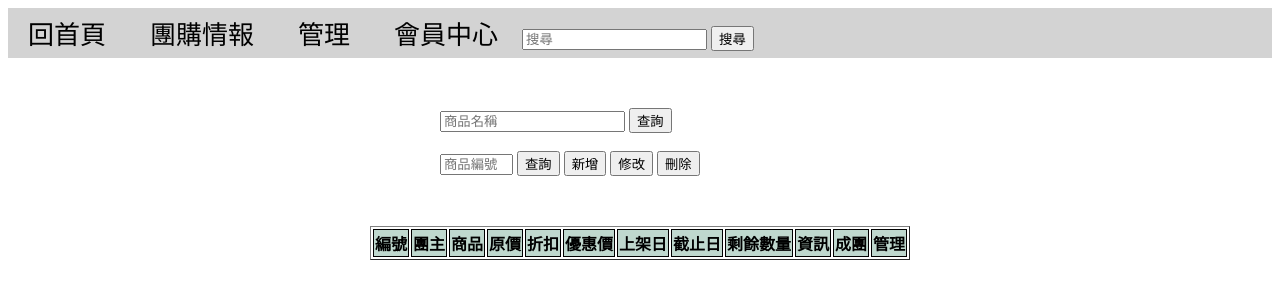
Repository: irlmpbfhvf2009/2021-09-17-Pro2-MVC
Page: http://localhost/Groupon/Manage.jsp
An editor plug-in stored every save of this project. The page is shown before and after the next save, followed by the edit.
The browser window is 1280 px wide. The pictures show the whole page.
The page is served by Tomcat 9. Other server files are loaded and not shown. Queries for data that is not in the repository find no rows.

Above is the page before, as saved 2021-09-15 13:02:05.

### Groupon/src/main/webapp/Manage.jsp
<%@ page language="java" contentType="text/html; charset=UTF-8"
    pageEncoding="UTF-8"%>
    <%@ taglib uri="http://java.sun.com/jsp/jstl/sql" prefix="sql" %>
<%@ taglib uri="http://java.sun.com/jsp/jstl/core" prefix="c" %>
<sql:setDataSource var="ds" dataSource="jdbc/Pro2DB" />
<sql:query sql="select * from GrouponProduct" var="rs" dataSource="${ds}" />
<!DOCTYPE html>
<html>
<head>
<meta charset="UTF-8">
<title>管理</title>
<link rel="stylesheet" href="style.css">
</head>
<body>
    <nav>
        <a href="Home.jsp">回首頁</a>
        <a href="Intelligence.jsp">團購情報</a>
        <a href="Manage.jsp">管理</a>
        <a href="">會員中心</a>
        <form action="./ProServlet" method="post" style="display:inline;">
        <input type="text" placeholder="搜尋" name="seach">
        <input type="submit" placeholder="搜尋" name="seachbtn" value="搜尋"></form>
    </nav>
    <div style="width:400px;margin:0 auto;margin-top:50px">
    	<form action="./ProServlet" method="post">
    	<input type="text" placeholder="商品名稱" name="productname">
    	<input type="submit" value="查詢" name="queryname"><br><br>
    	<input type="text" placeholder="商品編號" size="6" name="productid">
    	<input type="submit" value="查詢" name="query">
    	<a href="Manage-add.jsp"><input type="button" value="新增"></a>
    	<input type="submit" value="修改" name="updata">
    	<input type="submit" value="刪除" name="delete">
    	</form>
    </div>
    <table border="1">
    	<th>編號</th>
        <th>團主</th>
        <th>商品</th>
        <th>原價</th>
        <th>折扣</th>
        <th>優惠價</th>
        <th>上架日</th>
        <th>截止日</th>
        <th>剩餘數量</th>
        <th>資訊</th>
        <th>成團</th>
        <th>管理</th>
    <c:forEach var="row" items="${rs.rows}">
        <tr>
    <td>${row.id}</td>
    <td>${row.leader}</td>
    <td>${row.productName}</td>
    <td>${row.price}</td>
    <td>${row.discount}</td>
    <td>${row.newprice}</td>
    <td>${row.date}</td>
    <td>${row.deadline}</td>
    <td>${row.quantity}</td>
    <td><a href="">商品</a></td>
    <td>${row.state}</td>
    <td><a href="Manage-delete.jsp?id=${row.id}"><Button class="sgbtn">刪除</Button></a></td>
    </tr>
    </c:forEach>
    </table>
</body>

</html>

### Groupon/src/main/webapp/style.css
@charset "UTF-8";
.sgbtn {
	background-color: #4CAF50;
	border: 1px solid green;
	border-radius: 5px;
	color: white;
	text-align: center;
	display: inline-block;
	font-size: 14px;
	cursor: pointer;
	}
nav{
	background-color:lightgray;
	height:50px;
	margin:0 auto;
	padding:0 auto;
	}
nav a {color: black;
	text-decoration: none;
	display: inline-block;
	padding: 6px 20px;
	font-size: 26px;
	background-color: lightgray;
	transition: 0.5s;
	}
nav a:hover {
	background-color: gray;
	}
.divform {
	margin:0 auto;margin-top: 50px;
	padding:30px;
	border: 3px solid rgb(111, 108, 108);
    border-radius: 10px;
    border-collapse: collapse;
	width: 400px;
	}
.divlist {
	margin-left:100px;
	margin-top: 10px;
	padding: 50px;
	width: 800px;
	height: 100px;
	font-size:20px;
}

.newpriceShow{
	font-size:22px;color:red;
	}
.priceShow{
	color:red;
	font-size:20px;
	text-decoration:line-through;
	}
.bor{
	width:600px
	}
.spanText {
	font-size: 3px;
	color: silver;
}

table {
	margin: auto;
	margin-top: 50px;
}

th, td {
	border: 1px solid;
	background-color: rgb(191, 216, 206);
	text-align: center;
}

After the next save:
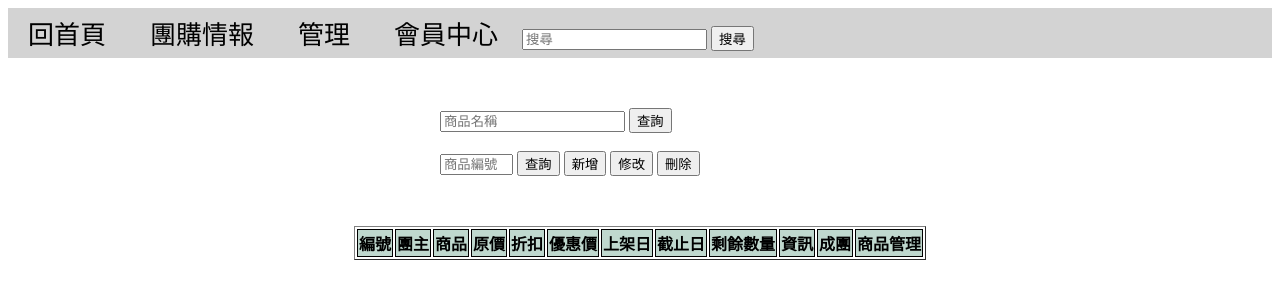
Saved 48 s later.
--- a/Groupon/src/main/webapp/Manage.jsp
+++ b/Groupon/src/main/webapp/Manage.jsp
@@ -44,7 +44,7 @@
         <th>剩餘數量</th>
         <th>資訊</th>
         <th>成團</th>
-        <th>管理</th>
+        <th>商品管理</th>
     <c:forEach var="row" items="${rs.rows}">
         <tr>
     <td>${row.id}</td>
@@ -58,7 +58,8 @@
     <td>${row.quantity}</td>
     <td><a href="">商品</a></td>
     <td>${row.state}</td>
-    <td><a href="Manage-delete.jsp?id=${row.id}"><Button class="sgbtn">刪除</Button></a></td>
+    <td><a href="Manage-state.jsp?state=${row.state}"><Button class="sgbtn">成團</Button></a>
+    <a href="Manage-delete.jsp?id=${row.id}"><Button class="sgbtn">刪除</Button></a></td>
     </tr>
     </c:forEach>
     </table>
